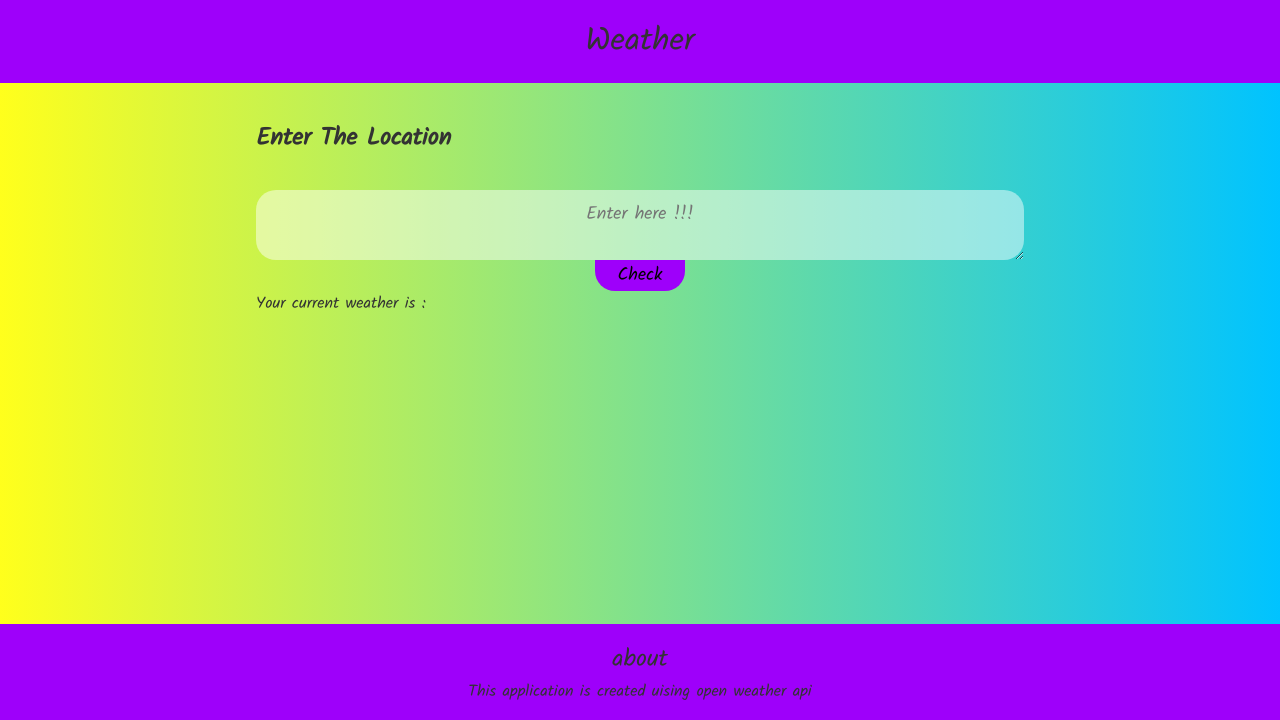
Repository: Irfan-vit/openapi
Page: index.html
An editor plug-in stored every save of this project. The page is shown before and after the next save, followed by the edit.
The browser window is 1280 px wide. The pictures show the whole page.

Above is the page before, as saved 2021-05-27 23:50:27.

### index.html
<!DOCTYPE html>
<html lang="en">

<head>
    <meta charset="UTF-8">
    <meta http-equiv="X-UA-Compatible" content="IE=edge">
    <meta name="viewport" content="width=device-width, initial-scale=1.0">
    <title>Api</title>
    <link rel="stylesheet" href="style.css">
</head>

<body>

    <nav>
        <div style="font-size: 2rem; padding: 1rem;">
            Weather
        </div>

    </nav>

    <main>

        <h2>Enter The Location</h2>

        <textarea name="" id="txt-input" class="t-area" placeholder="Enter here !!!"></textarea>

        <button id="btn-translate">
            Check
        </button>

        <div>Your current weather is :</div>

        <div id="output" class="t-area">

        </div>

    </main>

    <footer>
        <div style="font-size: x-large;">about</div>
        <p>This application is created uising open weather api</p>
    </footer>



    <script src="app.js" type="text/javascript"></script>
</body>

</html>

### style.css
@import url('https://fonts.googleapis.com/css2?family=Kalam&display=swap');

* {
    box-sizing: border-box;
}

:root {
    --primary: #9e00fa;
    --black: #333333;
    --width-break:800px
}

body {
    margin: 0;
    font-family: 'Kalam', cursive;
    color: #333333;
    background: #00c3ff;  /* fallback for old browsers */
background: -webkit-linear-gradient(to right, #ffff1c, #00c3ff);  /* Chrome 10-25, Safari 5.1-6 */
background: linear-gradient(to right, #ffff1c, #00c3ff); /* W3C, IE 10+/ Edge, Firefox 16+, Chrome 26+, Opera 12+, Safari 7+ */

}

nav {
    background-color: var(--primary);
    text-align: center;
}

main {
    margin: auto;
    padding: 1rem;
    max-width: var(--width-break);
}

textarea {
    box-sizing: border-box;
    display: block;
    width: 100%;
    min-height: 5vh;
    margin-top: 2rem;
    font-size: large;
    font-family: inherit;
    background-color: #ffffff7a;
    border:none;
    border-radius:20px;
    text-align: center;
    padding-top: 10px;;
}

textarea:hover {
    box-sizing: border-box;
    display: block;
    width: 100%;
    min-height: 5vh;
    margin-top: 2rem;
    font-size: large;
    font-family: inherit;
    background-color: #ffffff;
    border-radius:20px;
    border: none;
    text-align: center;
}

button {
    background-color: var(--primary);
    border: none;
    margin: 8rem 0rem;
    font-family: 'Kalam', cursive;
    font-size: large;
    cursor: pointer;
    /* height: 80px; */
    width: 90px;
    border-bottom-left-radius:20px;
    border-bottom-right-radius:20px;
    /* text-align: center; */
    margin:auto;
    display:block;

}


#output {
    box-sizing: border-box;
    width: 100%;
    min-height: 10vh;
    max-height: 20vh;
    /* border: 1px solid var(--black); */
}

footer {
    position: fixed;
    bottom: 0;
    width: 100%;
    padding: 1rem;
    background-color: var(--primary);
    text-align: center;
}

footer p {
    max-width: var(--width-break);
    margin: auto;
}

### app.js
var btnTranslate = document.querySelector("#btn-translate");
var txtInput = document.querySelector("#txt-input");
var outputDiv = document.querySelector('#output')
var serverURL = "https://api.openweathermap.org/data/2.5/weather?q="
var key = "&appid=49257f6591cfc3ed8daf0b5970d519cb"

function getTranslationURL(text) {
    return serverURL + text + key
}

function errorHandler(error) {
    console.log("error occured", error)
    alert("something went wrong  :  " + error)
}

function clickHandler() {
    // outputDiv.innerText = "translated  " + txtInput.value + "  To : bababbababababababa ";

    var inputText = txtInput.value;

    fetch(getTranslationURL(inputText))
        .then(response => response.json())
        .then(json => {
            var translatedText = "Country : " + json['sys']['country'] + " | tempreature : " + json['main']['temp'] + " | weather : " +  json['weather'][0]['description'] + " | longitude : " + json['coord']['lon'] + " | latitude : " + json['coord']['lat'] + " | wind speed : " + json['wind']['speed'] + " | Wind direction, degrees : " + json['wind']['deg'];
            outputDiv.innerText = translatedText;
            })
    };


btnTranslate.addEventListener("click", clickHandler)

After the next save:
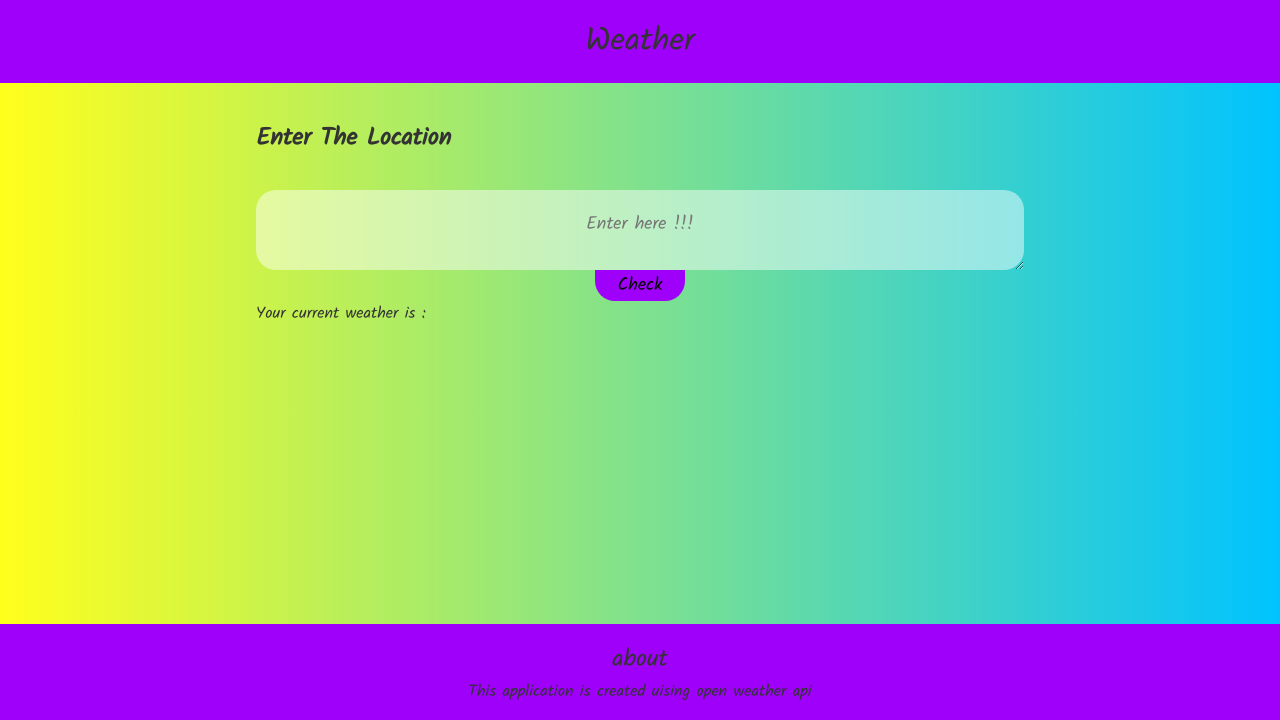
Saved 26 s later.
--- a/style.css
+++ b/style.css
@@ -43,7 +43,7 @@ textarea {
     border:none;
     border-radius:20px;
     text-align: center;
-    padding-top: 10px;;
+    padding-top: 20px;;
 }
 
 textarea:hover {
